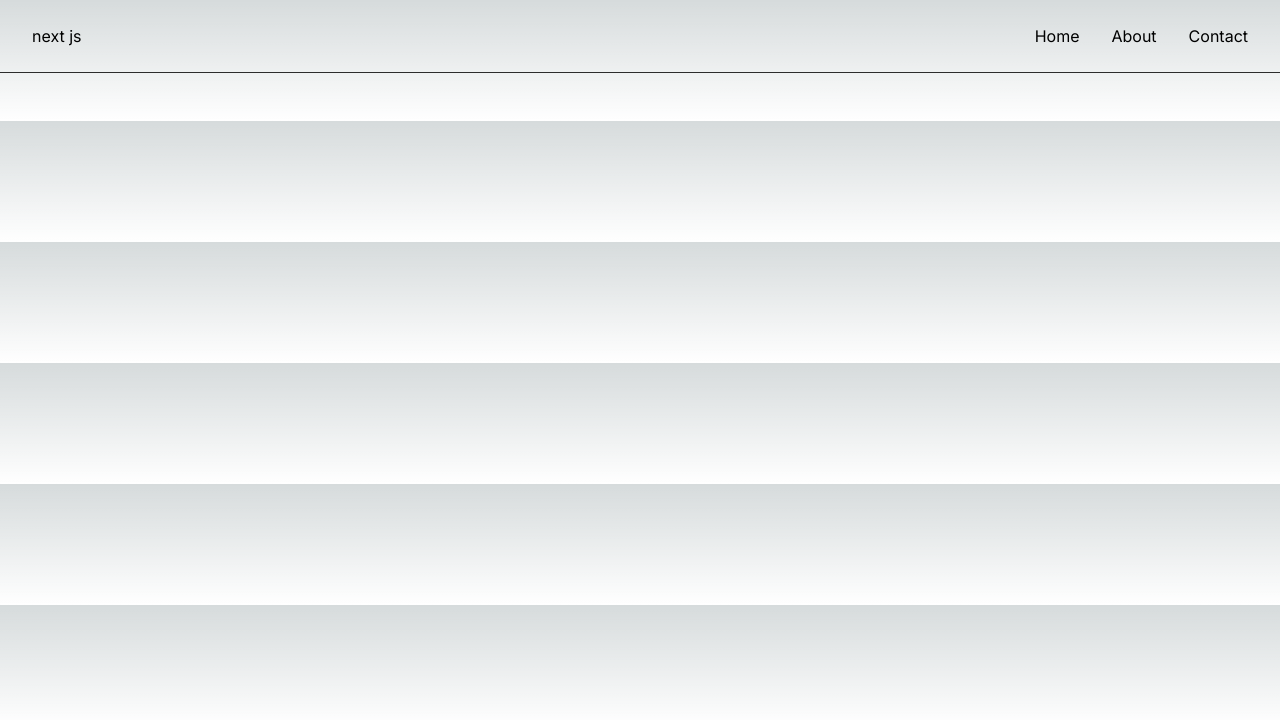
Repository: VilokMasuti/Nextjs-practice
Page: /projects
These files come from the project's save history. The page is drawn as it stood at one moment and after a run of saves; the edit follows.
The browser window is 1280 px wide. The pictures show the whole page.
The project was rebuilt for these pictures with package versions that can differ from the ones it lists, and the page was loaded fresh each time. The framework's server and built-in components were replaced by stand-ins that run in the browser. Also part of the build but not shown: next.config.mjs.

Above is the page before, as saved 2024-03-03 18:44:14.

### app/layout.tsx
import type { Metadata } from "next";
import { Inter } from "next/font/google";
import "./globals.css";

import Navbar from "../components/Navbar";

const inter = Inter({ subsets: ["latin"] });

export const metadata: Metadata = {
  title: "Create Next App",
  description: "Generated by create next app",
};

export default function RootLayout({
  children,
}: Readonly<{
  children: React.ReactNode;
}>) {
  return (
    <html lang="en">
      <body className={inter.className}>
        <Navbar />
        {children}
      </body>
    </html>
  );
}

### app/(dashbord)/projects/page.tsx
export default function Projects({ Params }) {
  return (
    <h1 className=" flex items-center  mt-12 justify-center text-white font-bold"></h1>
  );
}

### components/Navbar.tsx
import Link from "next/link";
import styles from "./navbar.module.css";

const Navbar = () => {
  return (
    <header>
      <nav className={styles.nav}>
        <p> next js</p>
        <ul className={styles.links}>
          <Link href="/">
            <li> Home </li>
          </Link>
          <Link href="/about">
            <li> About</li>
          </Link>
          <Link href="/contact">
            <li> Contact</li>
          </Link>
        </ul>
      </nav>
    </header>
  );
};

export default Navbar;

### components/navbar.module.css
.nav {
  width: 100%;
  padding: 1.5rem 2rem;
  display: flex;
  align-items: center;
  justify-content: space-between;
  flex-wrap: wrap;
  border-bottom: 1px solid #2c2c2c;
}
.links {
  flex: 1;
  list-style: none;
  display: flex;
  justify-content: end;
  align-items: center;
  gap: 2rem;
}
.links li {
  white-space: nowrap;
  cursor: pointer;
}
.links li:hover,
.links li:active {
  color: #0099ff;
}

Loaded but not shown: app/globals.css (common file); tailwind.config.ts (common file)

After the next 2 saves:
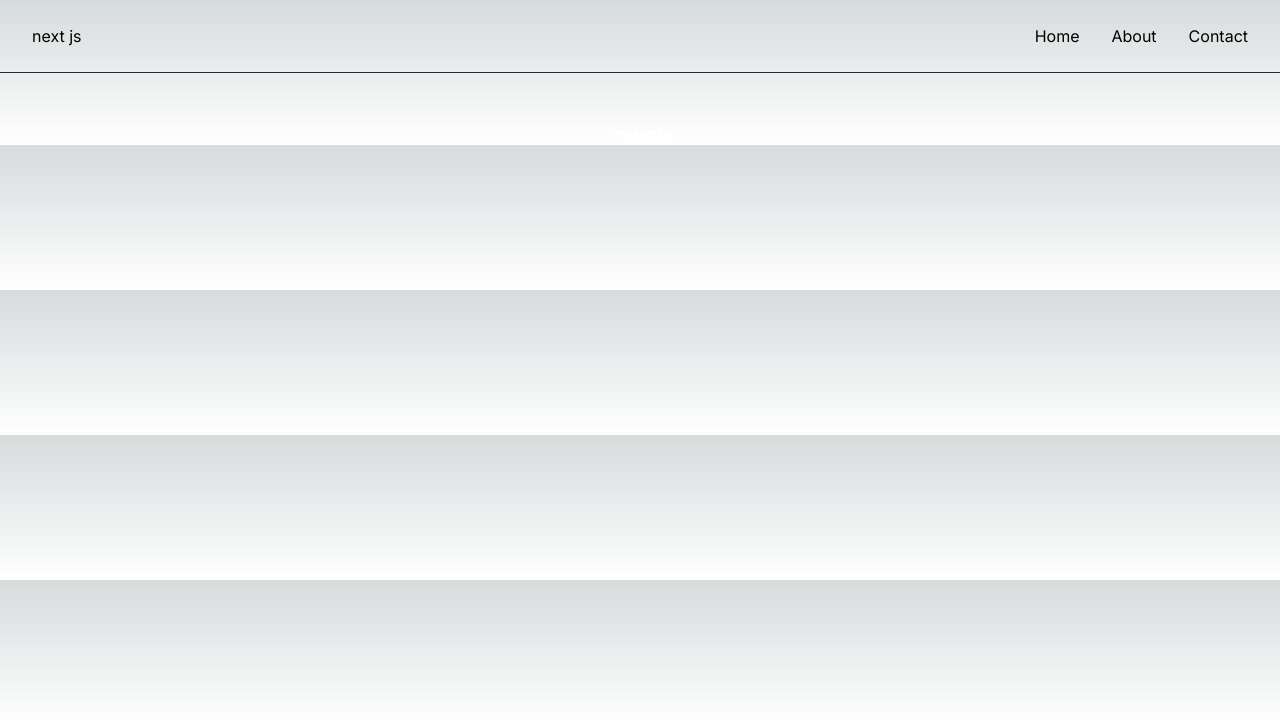
The 2 saves are shown as one change because 1 did not build or start.
The last was saved 56 s later.
--- a/app/(dashbord)/projects/page.tsx
+++ b/app/(dashbord)/projects/page.tsx
@@ -1,5 +1,7 @@
-export default function Projects({ Params }) {
+export default function Projects() {
   return (
-    <h1 className=" flex items-center  mt-12 justify-center text-white font-bold"></h1>
+    <h1 className=" flex items-center  mt-12 justify-center text-white font-bold">
+      Projects
+    </h1>
   );
 }

After the save that followed:
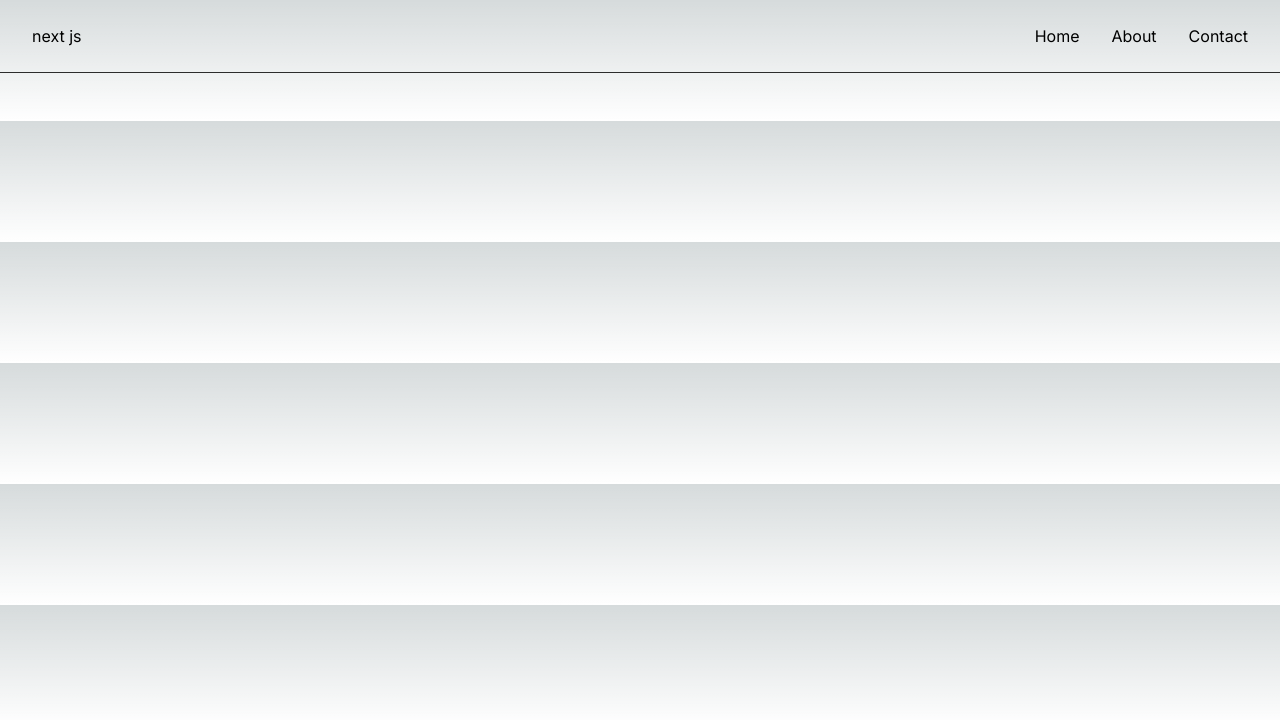
Saved 47 s later.
--- a/app/(dashbord)/projects/page.tsx
+++ b/app/(dashbord)/projects/page.tsx
@@ -1,7 +1,5 @@
 export default function Projects() {
   return (
-    <h1 className=" flex items-center  mt-12 justify-center text-white font-bold">
-      Projects
-    </h1>
+    <h1 className=" flex items-center  mt-12 justify-center text-white font-bold"></h1>
   );
 }
